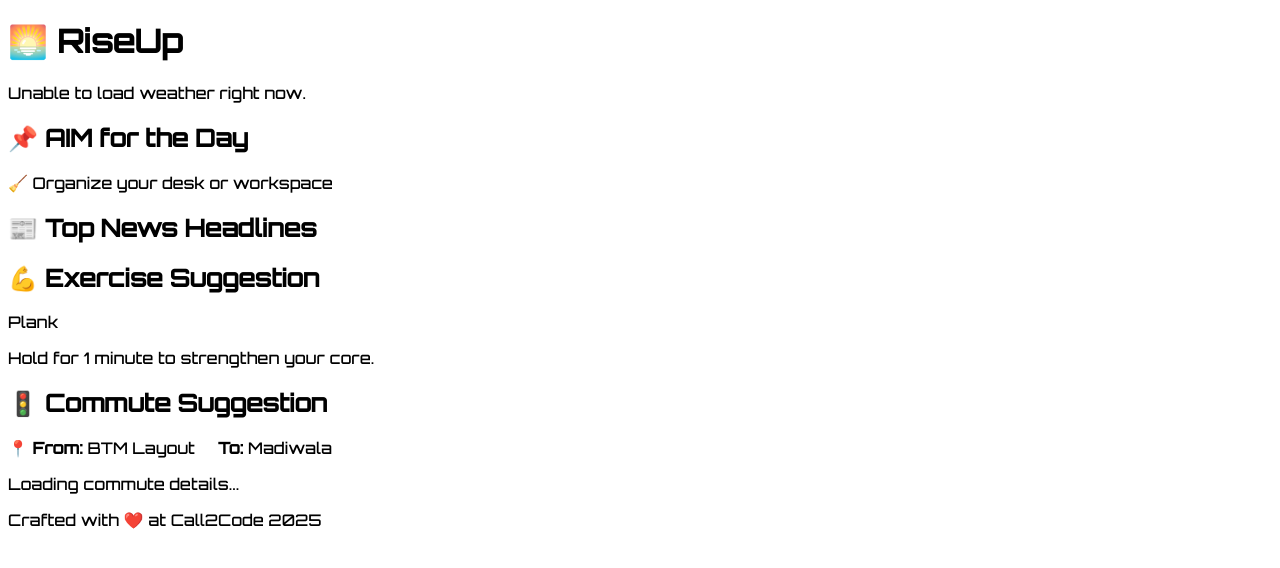
Repository: rakeshkumar1012/riseup
Page: /
These files come from the project's save history. The page is drawn as it stood at one moment and after the next save; the edit follows.
The browser window is 1280 px wide. The pictures show the whole page.
The page's requests for data from a server got no answer. The project was rebuilt for these pictures with package versions that can differ from the ones it lists, and the page was loaded fresh each time. No one was signed in, and anything a server would have sent is missing.

Above is the page before, as saved 2025-07-05 04:25:02.

After the next save:
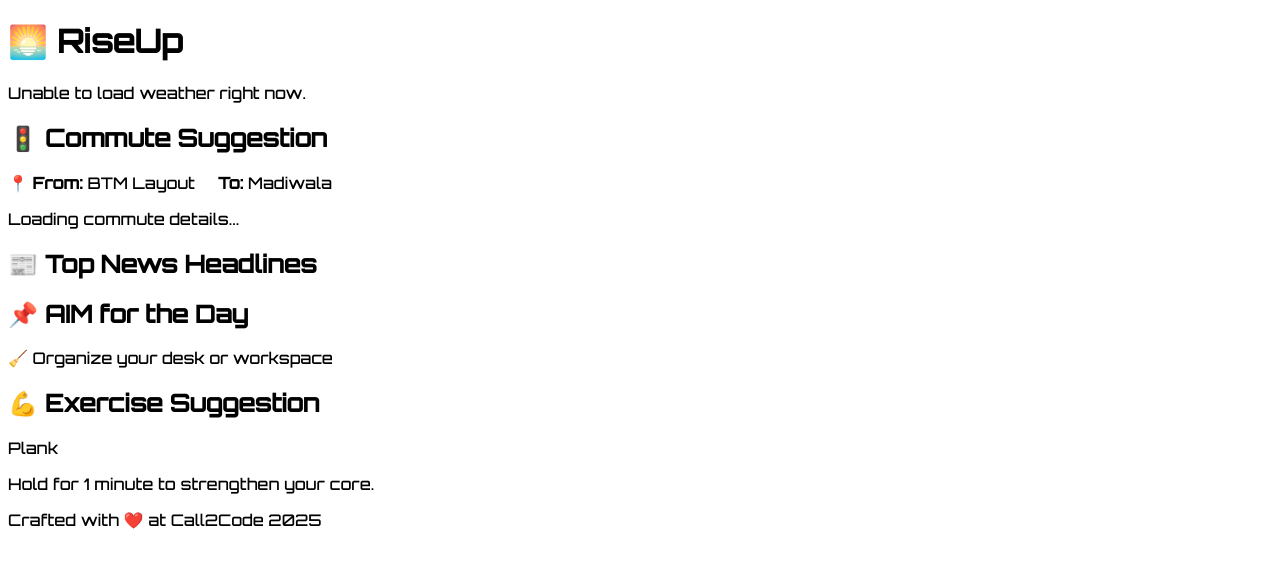
Saved 106 s later.
--- a/src/App.js
+++ b/src/App.js
@@ -15,10 +15,11 @@ function App() {
 
         <Weather />
         <Quote />
+        <Commute />
+        <News />
         <Task />
-        <News />
         <Exercise />
-        <Commute />
+
       </div>
 
       <footer className="mt-10 text-sm text-white/60">Crafted with ❤️ at Call2Code 2025</footer>
